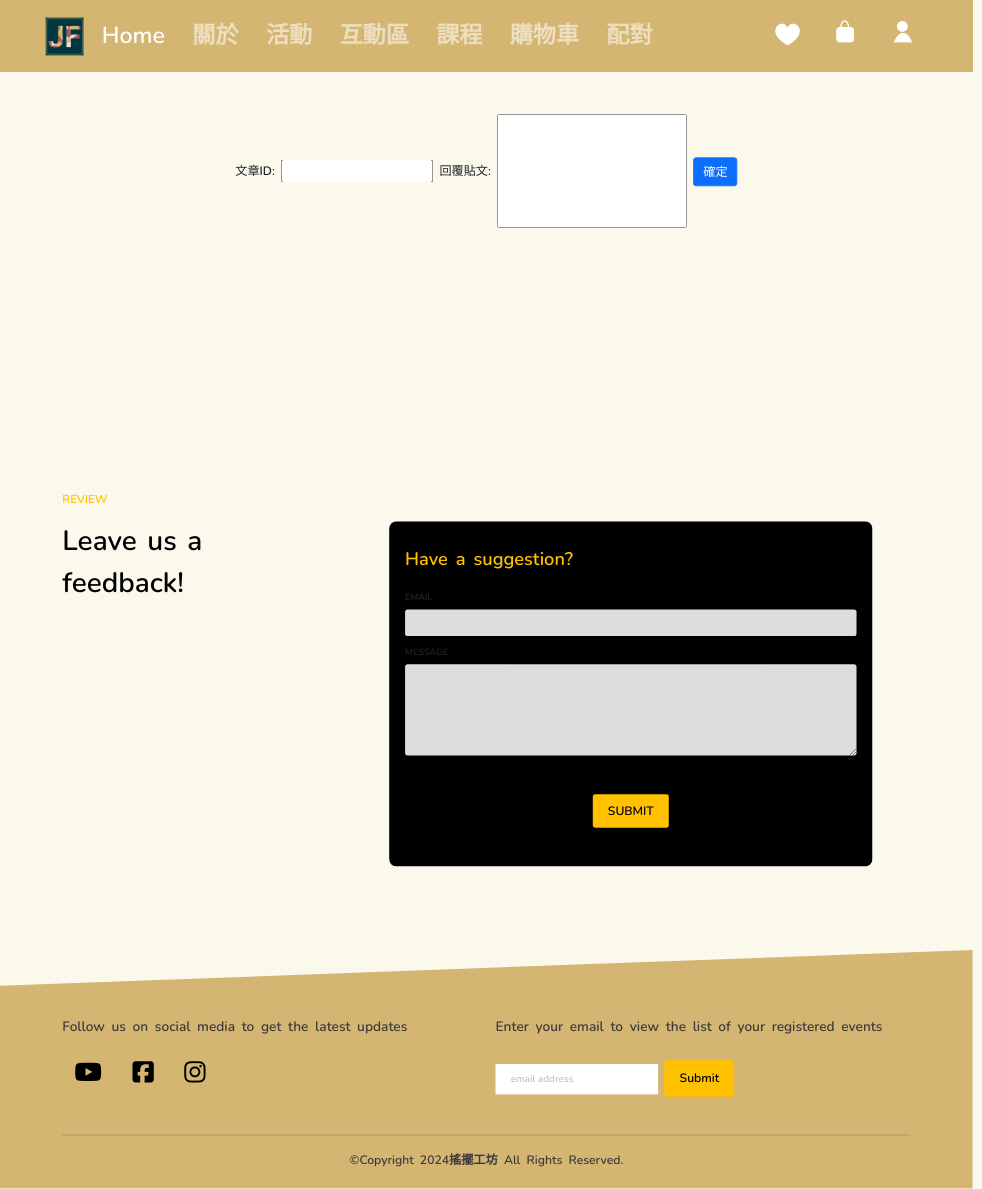
Repository: mmmooonnn0211/project
Page: workspace/demoSpringBoot-1/src/main/resources/static/html/ReplyInsertFront.html
The author's editor kept a copy of each file at every save. The page is drawn from the files as they stood at one save, then again after the next save.
The browser window is 1280 px wide. The page is 1280 px wide, then 1292 px, so the pictures cover 1292 px, including what lies to the right of the window. The pictures show the whole page, at 76% of full size.
Some web libraries are served in a nearby version.

Above is the page before, as saved 2024-05-07 17:53:49.

### workspace/demoSpringBoot-1/src/main/resources/static/html/ReplyInsertFront.html
<!DOCTYPE html>
<html lang="en">

<head>
	<meta charset="UTF-8">
	<meta name="viewport" content="width=device-width, initial-scale=1.0">
	<style>
		.main {
			min-height: 55vh;
			/* 让 .slant 至少占据整个视口高度 */

		}
	</style>
	<!-- Bootstrap CSS -->
	<link href="https://cdn.jsdelivr.net/npm/bootstrap@5.0.0-beta3/dist/css/bootstrap.min.css" rel="stylesheet"
		integrity="sha384-eOJMYsd53ii+scO/bJGFsiCZc+5NDVN2yr8+0RDqr0Ql0h+rP48ckxlpbzKgwra6" crossorigin="anonymous">
	<script src="https://kit.fontawesome.com/4287c80df9.js" crossorigin="anonymous"></script>

	<!--Google Font : Nunito-->
	<link rel="preconnect" href="https://fonts.gstatic.com">
	<link href="https://fonts.googleapis.com/css2?family=Nunito:wght@600&display=swap" rel="stylesheet">

	<!-- For style(All CSS content) -->
	<link rel="stylesheet" type="text/css" href="../styles/home.css" />
	<link rel="stylesheet" type="text/css" href="../styles/footer.css" />
	<link rel="stylesheet" type="text/css" href="../styles/navbar.css" />
	<link rel="icon" href="images/favicon.ico">

	<!-- JS Bundle for BS  -->
	<script src="https://cdn.jsdelivr.net/npm/popper.js@1.16.1/dist/umd/popper.min.js"
		integrity="sha384-9/reFTGAW83EW2RDu2S0VKaIzap3H66lZH81PoYlFhbGU+6BZp6G7niu735Sk7lN" crossorigin="anonymous">
		</script>
	<title>範本</title>
</head>


<body>
	<div class="container-fluid" style="margin-top: 150px;">

	</div>
	<!-- <section> -->
	<div class="main">
		<div class="container text-center">
			<form method="post" action="/ReplyinsertFront.controller" onsubmit="return validateForm();">

				<div>
					<!--					<label for="userId">使用者ID:</label>-->
					<!--					<input type="text" id="userId" name="userId" style="width: 200px;" />-->

					<label for="LTId">文章ID:</label>
					<input type="text" id="LTId" name="LTId" style="width: 200px;" />

					<label for="replypost">回覆貼文:</label>
					<input type="text" id="replypost" name="replypost" style="width: 250px; height: 150px;" />

					<button type="submit" class="btn btn-primary">確定</button>

				</div>

			</form>

		</div>
	</div>
	<script src="https://cdn.jsdelivr.net/npm/bootstrap@5.0.0-beta3/dist/js/bootstrap.bundle.min.js"
		integrity="sha384-JEW9xMcG8R+pH31jmWH6WWP0WintQrMb4s7ZOdauHnUtxwoG2vI5DkLtS3qm9Ekf" crossorigin="anonymous">
		</script>


	<div align="center"></div>
	<div class="container">
		<div class="row" style="margin-bottom: 100px; margin-top: 100px;">
			<div class="col-md-4" style="text-align: left;">
				<p class="review">REVIEW</p>
				<p class="feedback">Leave us a <br>feedback!</p>
			</div>
			<div class="col-sm-8">
				<div class="container" id="cards">
					<div class="card">
						<div id="sugg" class="neon-yellow">Have a suggestion?</div>
						<br>
						<div id="text">EMAIL</div>
						<input id="box" name="E-Mail Address" />

						<div id="text">MESSAGE</div>
						<textarea id="msg" name="Message"></textarea>

						<br />
						<input id="btn" type="submit" value="SUBMIT" style="margin-bottom: 20px;" />
					</div>
				</div>
			</div>
		</div>
	</div>
	<script>
		function validateForm() {
			var replypostInput = document.getElementsByName('replypost')[0].value.trim();
			var userIdInput = document.getElementsByName('userId')[0].value.trim();
			var LTIdInput = document.getElementsByName('LTId')[0].value.trim();

			if (replypostInput === '' || userIdInput === '' || LTIdInput === '') {
				Swal.fire({
					icon: 'warning',
					title: '請輸入完整資訊😒',
					showConfirmButton: false,
					timer: 1500
				});
				return false;
			}
			return true;
		}
	</script>

	<script>

		fetch('basic.html')
			.then(response => response.text())
			.then(html => {
				document.body.innerHTML += html;
			});


	</script>
</body>

</html>

### workspace/demoSpringBoot-1/src/main/resources/static/styles/home.css
/* hiding vertical scroll bar from every page */
::-webkit-scrollbar {
  width: 0 !important
}




body {
  font-family: 'Nunito', sans-serif;
  background-color: #FBF8EC;
  word-spacing: 0.25rem;
}

::selection {
  color: black;
  background: #ffc100;
}

::placeholder {
  color: rgb(202, 192, 192);
}

.neon-yellow {
  color: #ffc100;
}

.working-heading {
  font-size: 2.3rem;
  font-weight: bold;
  color: black;
}


.date-style {
  font-weight: 850;
  padding: 0 0 0.3rem 0;
}

.sub-heading {
  font-size: 1.5rem;
  font-weight: 1000;
  padding: 0 0 0.3rem 0;
}

.small-subtext {
  color: black;
  font-weight: 700;
  font-size: 1rem;
}

.process-heading {
  font-weight: 1000;
  font-size: 0.95rem;
}

.eng,
.feedback,
.some {
  font-size: 2.3rem;
  font-weight: 1000;
  color: black;
}

.center-line {
  border-left: 0.58rem solid #ffc100;
  height: 110%;
  position: absolute;
  top: 0%;
  left: 0%;
}

.padding-for-mobile {
  padding: 0 1rem 2rem 4rem;
  text-align: left;
  /*background-color:  white;*/
}

.stickyy-corner {
  position: -webkit-sticky;
  position: sticky;
  top: 0;
}

.timeline-left-style {
  color: black;
  text-align: right;
  padding: 0 4rem 0 5.2rem;
}

.timeline-right-style {
  color: black;
  text-align: left;
  position: relative;
  padding: 0 5.2rem 0 4rem;
  overflow-y: hidden;
}

.d-block {
  margin-top: 2%;
  border-radius: 7px;
  border: 3px solid rgb(245, 241, 241);
  width: 100%;
}

.chess,
.review,
.event {
  color: #ffc100;
  font-weight: 850;
  font-size: 0.95rem;
}


#text {
  font-weight: 850;
  font-size: 0.75rem;
  margin-bottom: 7px;
}

#sugg {
  font-size: 1.5rem;
  font-weight: 1000;
}

#btn {
  background-color: #ffc100;
  color: rgb(0, 0, 0);
  padding: 10px 20px;
  text-align: center;
  border: none;
  border-radius: 3px;
  display: block;
  margin: auto;
  margin-top: 15px;
  font-weight: bold;
}


#box,
#msg {
  background-color: #DDDDDD;
  border-radius: 3.5px;
  border: none;
  margin-bottom: 12px;
  width: 100%;
}

#msg {
  height: 120px;
}

#box {
  height: 35px;
}

#spon {
  color: black;
  margin-top: 60px;
  display: flex;
  justify-content: space-evenly;
  align-items: center;
  font-weight: bold;
  margin-bottom: 20px;
}

.image {
  height: 100px;
}

.image3 {
  height: 250px;
  overflow-y: hidden;
}

.pic1,
.pic2 {
  font-weight: bold;
  font-size: medium;
}

.pic1 {
  margin-top: 20px;
}

.column {
  display: flex;
  flex-direction: column;
  justify-content: space-evenly;
  align-items: center;
}

.columns {
  display: flex;
  flex-direction: column;
  justify-content: center;
  align-items: flex-start;
}

.pic2 {
  color: gray;
  font-size: small;
}

.event,
.some,
.last,
.pic,
.pic1,
.pic2 {
  display: flex;
  justify-content: space-evenly;
  align-items: center;
}

.subhead {
  color: black;
  font-size: 3rem;
  overflow-y: hidden;
}

.active {
  color: #ffc100;
}

.active:hover {
  color: #ffc100;
}

p {
  color: black;
}

.title-img {
  width: 25%;
  margin-left: 8%;
  transform: rotate(10deg);
}

.hover {
  color: #ffc100;
}

.title-img3 {
  width: 25%;
  transform: rotate(-10deg);
}

.title-img2 {
  width: 35%;
  padding-right: 5%;
  padding-left: 5%;


}

.carousel-img-styles {
  border: 0.13rem solid black;
  border-radius: 1rem;
}

h1 {
  font-size: 5rem;
  line-height: 1.5;
  font-weight: 900;
}

#title {
  margin-bottom: 11rem;
}

.col-lg-3 {
  padding-left: 3rem;
}

.ex-btn {
  margin-top: 2.5rem;
  margin-bottom: 30px;
}

.carousel-container {
  width: 55%;
}

#cards {
  padding: 10px 50px;
}

.card {
  background-color: black;
  border-radius: 10px;
  /* display: block;
    margin: auto;
    font: 16px;
    width:55%; */
  padding: 30px 20px;

}

@media only screen and (max-width: 767px) {
  .small-subtext {
    font-size: 0.8rem;
  }

  .padding-for-mobile {
    padding: 0 0 4rem 2rem;
  }

  /*
  .sticky-corner {
    position: static;
  }
  */
  #cards {
    padding: 0px 20px;
  }


  .sub-heading {
    font-size: 1.3rem;
  }

  .process-heading {
    font-size: 0.85rem;
  }

  .working-heading {
    font-size: 1.5rem;
  }

  .timeline-left-style {
    padding: 0 2.5rem 0 3rem;
  }

  .timeline-right-style {
    padding: 0 3rem 0 2.5rem;
  }

  #spon {
    font-size: 1.5rem;
  }

  .some,
  .eng,
  .feedback {
    font-size: 1.5rem;
  }

  .card {
    width: 100%;
  }

  .pic {
    flex-direction: column;
  }

  .carousel-container {
    width: 85%;
  }
}

@media only screen and (max-width: 575px) {

  .title-img,
  .title-img3 {
    display: none;
  }

  .title-img2 {
    display: block;
    margin: auto;
    width: 100%;
    padding: 50px;
  }
}

@media only screen and (max-width: 375px) {


  .date-style {
    font-size: 0.8rem;
  }

  .sub-heading {
    font-size: 0.9rem;
  }

  .small-subtext {
    font-size: 0.7rem;
  }

  .timeline-left-style {
    padding: 0 1.6rem 0 2rem;
  }

  .timeline-right-style {
    padding: 0 2rem 0 2rem;
  }
}

### workspace/demoSpringBoot-1/src/main/resources/static/styles/footer.css
/*
hiding vertical scroll bar from every page
*/
::-webkit-scrollbar {
    width: 0 !important
}




.slant {
    /* width: 110%;
    background-color: #DDDDDD;
    transform: rotate(-3deg);
    height: 100px; */
    clip-path: polygon(0 15%, 100% 0, 100% 100%, 0 100%);
  }

  .container{
    margin-top: 30px;
  }

  .left, .right {
    font-size: large;
    font-weight: bold;
    margin-top: 50px;
    color: rgb(61, 59, 59);
    margin-bottom: 30px;
  }

  .below {
    background-color:#D4B572;
    position: relative;
    padding-top: 8px;
    padding-bottom: 6px;
    width: 100%;
    height: 100%;
  }

  #mail {
    border: none;
    height: 30px;
    padding: 20px;
    font-size: small;
    font-weight: bold;
  }

  #bttn {
    background-color: #ffc100;
    color: black;
    padding: 12px 20px;
    text-align: center;
    border: none;
    border-radius: 3px;
    font-weight: bold;
  }


  .fa-youtube:hover{
    color: rgb(230, 59, 59);
    transition: 0.5s;
  }

  .fa-twitter:hover, .fa-facebook-square:hover{
    color: rgba(18, 212, 212, 0.596);
    transition: 0.5s;
  }

  .fa-instagram:hover{
    color: rgb(218, 30, 61);
    transition: 0.5s;
  }

  .fa-github{
    color: rgb(43, 36, 36);
    transition: 0.5s;
  }

  .fab {
    padding: 0 1rem 0 1rem;
    font-size: 2rem;
    color: black;
  }

  .last {
    font-weight: 900;
    color: rgb(61, 59, 59);
    margin: 20px;
    display: flex;
  justify-content: space-evenly;
  align-items: center;
  }

  @media only screen and (max-width: 767px) {
    .slant{
      clip-path: polygon(0 5%, 100% 0, 100% 100%, 0 100%);
    }
  }

  @media only screen and (max-width: 375px) {
    .slant{
      clip-path: polygon(0 5%, 100% 0, 100% 100%, 0 100%);
    }
  }

### workspace/demoSpringBoot-1/src/main/resources/static/styles/navbar.css
/* 鼠標移動導覽列*/
.nav-item :hover {
  color: rgb(255, 128, 128);
  cursor: pointer;
  background-color: #B15A5E;
  border-radius: 10px;
}

.navbar a {
  color: #ff2600a2;
  border-radius: 10px;
}


.navbar {
  padding: 1rem 2rem;
  position: fixed;
  z-index: 100;
  width: 100%;
  margin: 0;
  top: 0;
  left: 0;
  background-color: #D4B572;
}

.nav-item {
  padding: 0 20px 0 0;
}

.nav-link {
  font-size: 1.9rem;
  font-weight: 900;

}


.dropdown-item,
.dropdown-menu {
  background-color: #B15A5E;
  color: #BF3F41;
  ;
  margin: 0;
}






.dropdown-menu a {
  color: white;
  ;
  text-decoration: none;
  display: block;
  text-align: left;
}

### workspace/demoSpringBoot-1/src/main/resources/static/html/basic.html
<!doctype html>
<html lang="en">

<head>
    <!-- Required meta tags -->
    <meta charset="utf-8">
    <meta name="viewport" content="width=device-width, initial-scale=1">




    <title>JFSwing</title>
</head>

<body>

    <!-- Shashank's Section -->
    <!-- <section class="title"> -->
    <!-- Navbar section -->
    <nav class="navbar navbar-expand-lg navbar-dark">
        <!-- <LOGO> -->
        <div class="container-fluid">
            <div width="50px" height="50px">
                <a class="m-3" href="index.html"> <img src="../images/LOGO.png" width="50px" height="50px"
                        alt="Eternals">
                </a>
                <button class="navbar-toggler" type="button" data-bs-toggle="collapse" data-bs-target="#navbarCollapse"
                    aria-controls="navbarCollapse" aria-expanded="false" aria-label="Toggle navigation">
                    <span class="navbar-toggler-icon"></span>
                </button>
            </div>
            <div class="collapse navbar-collapse" id="navbarCollapse">
                <ul class="navbar-nav ">
                    <li class="nav-item">
                        <a class="nav-link active" href="frontPage.html">Home </a>
                    </li>
                    <li class="nav-item">
                        <a class="nav-link" href="about.html">關於</a>
                    </li>
                    <li class="nav-item">
                        <a class="nav-link" href="EventAll.html">活動</a>
                    </li>
                    <li class="nav-item">
                        <a class="nav-link" href="/LTSelectAll2">互動區</a>
                    </li>
                    <li class="nav-item">
                        <a class="nav-link" href="contact.html">課程</a>
                    </li>
                    <li class="nav-item">
                        <a class="nav-link" href="">購物車</a>
                    </li>
                    <li class="nav-item">
                        <a class="nav-link" href="">配對</a>
                    </li>

                </ul>

            </div>

            <!-- <右上角的東西> -->
            <div class="navbar-nav justify-content-end">
                <ul class="navbar-nav">
                    <li class="nav-item">
                        <div class="m-2 rounded-circle overflow-hidden align-self-center ratio ratio-1x1"
                            style="width: 40px">
                            <img src="../images/LOVE.png" alt="" class="object-fit-cover w-100 h-100" />
                        </div>
                    </li>
                    <li class="nav-item">
                        <div class="m-2 rounded-circle overflow-hidden align-self-center ratio ratio-1x1"
                            style="width: 40px">
                            <img src="../images/SHOP.png" alt="" class="object-fit-cover w-100 h-100" />
                        </div>
                    </li>
                    <li class="nav-item">
                        <a href="#" target="_blank"
                            class="m-2 rounded-circle overflow-hidden align-self-center ratio ratio-1x1"
                            style="width: 40px; display: inline-block;">
                            <img src="../images/MAN.png" alt="Facebook" class="object-fit-cover w-100 h-100" />
                        </a>
                    </li>

                </ul>

            </div>
        </div>
    </nav>

    <!-- Title -->
    <!-- <中間> -->



    <!-- footer-->
    <div class="slant footer-content mt-auto">

        <footer class="below">
            <div class="container">
                <div class="row">
                    <div class="col-lg-6">
                        <p class="left">Follow us on social media to get the latest updates</p>
                        <a href="#"><i class="fab fa-youtube"></i></a>
                        <a href="https://www.facebook.com/apple.hi.77?mibextid=kFxxJD"><i
                                class="fab fa-facebook-square"></i></a>
                        <a href="#"><i class="fab fa-instagram"></i></a>

                    </div>
                    <div class="col-lg-6">
                        <p class="right">Enter your email to view the list of your registered events</p>
                        <input id="mail" placeholder="email address">
                        <span><button id="bttn">
                                Submit </button></span>
                    </div>
                </div>
                <hr style="margin-top: 50px;">
            </div>
            <div class="last">&copy;Copyright 2024搖擺工坊 All Rights Reserved.</div>
        </footer>

    </div>



</body>

</html>

After the next save:
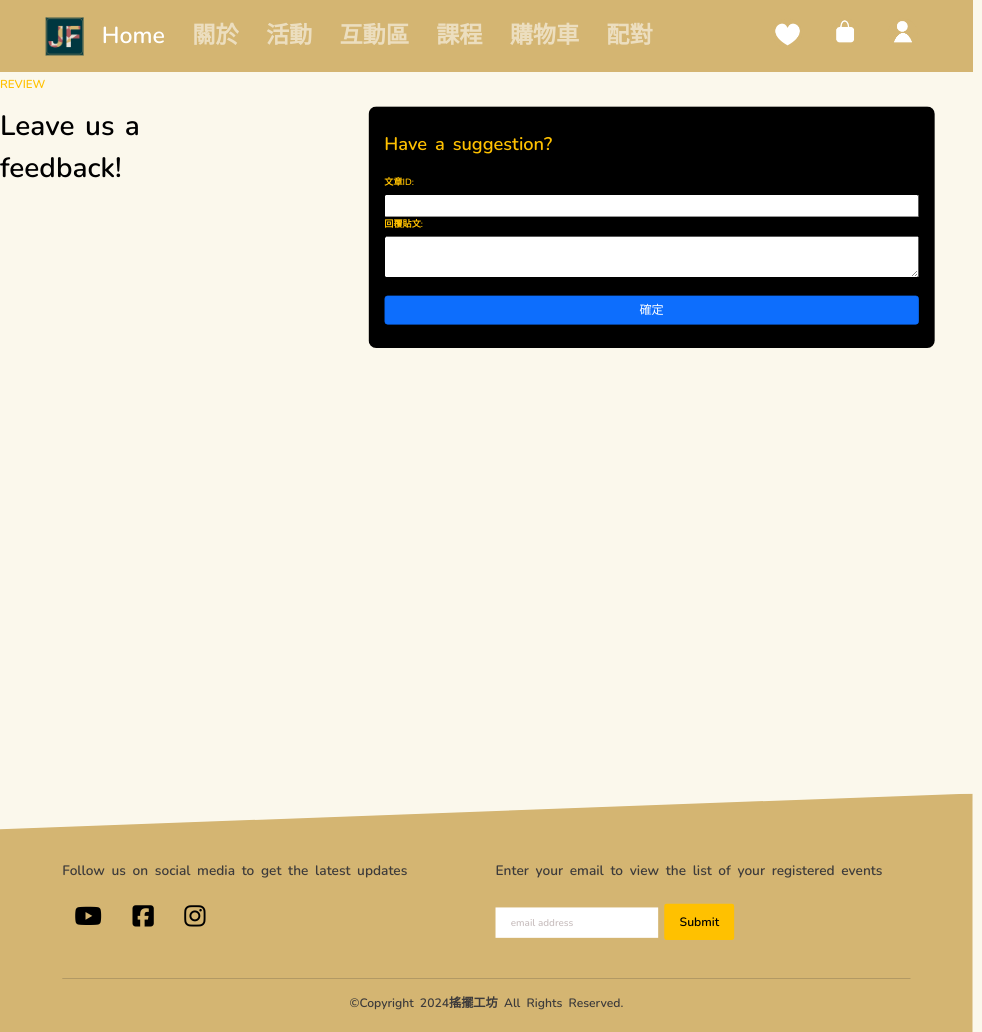
Saved 8 min 24 s later.
--- a/workspace/demoSpringBoot-1/src/main/resources/static/html/ReplyInsertFront.html
+++ b/workspace/demoSpringBoot-1/src/main/resources/static/html/ReplyInsertFront.html
@@ -35,29 +35,52 @@
 
 
 <body>
+	<form method="post" action="/ReplyinsertFront.controller" onsubmit="return validateForm();">
+		<div class="row" style="margin-bottom: 100px; margin-top: 100px;">
+			<div class="col-md-4" style="text-align: left;">
+				<p class="review">REVIEW</p>
+				<p class="feedback">Leave us a <br>feedback!</p>
+			</div>
+			<div class="col-sm-8">
+				<div class="container" id="cards">
+					<div class="card">
+						<div id="sugg" class="neon-yellow">Have a suggestion?</div>
+						<br>
+						<div id="text" class="neon-yellow">文章ID:</div>
+						<input id="LTId" name="LTId" />
+
+						<div id="text" class="neon-yellow">回覆貼文:</div>
+						<textarea id="replypost" name="replypost"></textarea>
+
+						<br />
+						<button type="submit" class="btn btn-primary">確定</button>
+					</div>
+				</div>
+			</div>
+		</div>
+	</form>
 	<div class="container-fluid" style="margin-top: 150px;">
 
 	</div>
 	<!-- <section> -->
 	<div class="main">
 		<div class="container text-center">
-			<form method="post" action="/ReplyinsertFront.controller" onsubmit="return validateForm();">
 
-				<div>
-					<!--					<label for="userId">使用者ID:</label>-->
-					<!--					<input type="text" id="userId" name="userId" style="width: 200px;" />-->
+			<div>
+				<!--					<label for="userId">使用者ID:</label>-->
+				<!--					<input type="text" id="userId" name="userId" style="width: 200px;" />-->
 
-					<label for="LTId">文章ID:</label>
-					<input type="text" id="LTId" name="LTId" style="width: 200px;" />
+				<!--					<label for="LTId">文章ID:</label>-->
+				<!--					<input type="text" id="LTId" name="LTId" style="width: 200px;" />-->
 
-					<label for="replypost">回覆貼文:</label>
-					<input type="text" id="replypost" name="replypost" style="width: 250px; height: 150px;" />
+				<!--					<label for="replypost">回覆貼文:</label>-->
+				<!--					<input type="text" id="replypost" name="replypost" style="width: 250px; height: 150px;" />-->
 
-					<button type="submit" class="btn btn-primary">確定</button>
+				<!--					<button type="submit" class="btn btn-primary">確定</button>-->
 
-				</div>
+			</div>
 
-			</form>
+
 
 		</div>
 	</div>
@@ -68,28 +91,6 @@
 
 	<div align="center"></div>
 	<div class="container">
-		<div class="row" style="margin-bottom: 100px; margin-top: 100px;">
-			<div class="col-md-4" style="text-align: left;">
-				<p class="review">REVIEW</p>
-				<p class="feedback">Leave us a <br>feedback!</p>
-			</div>
-			<div class="col-sm-8">
-				<div class="container" id="cards">
-					<div class="card">
-						<div id="sugg" class="neon-yellow">Have a suggestion?</div>
-						<br>
-						<div id="text">EMAIL</div>
-						<input id="box" name="E-Mail Address" />
-
-						<div id="text">MESSAGE</div>
-						<textarea id="msg" name="Message"></textarea>
-
-						<br />
-						<input id="btn" type="submit" value="SUBMIT" style="margin-bottom: 20px;" />
-					</div>
-				</div>
-			</div>
-		</div>
 	</div>
 	<script>
 		function validateForm() {
